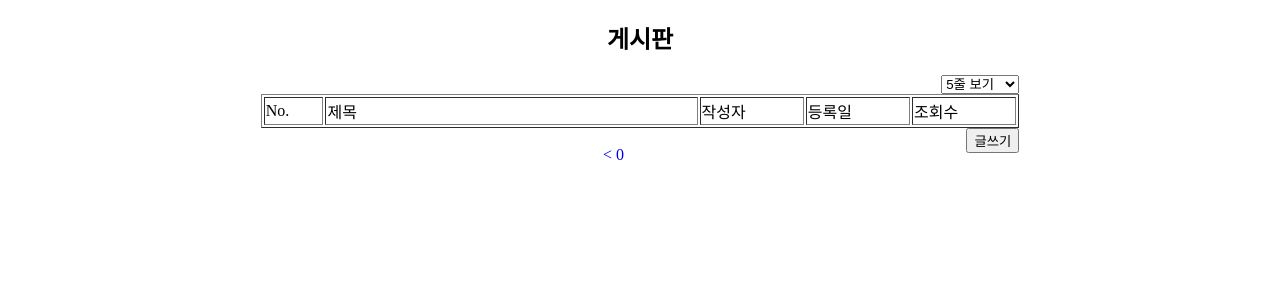
Repository: jjucc99/EZEN_PROJECT
Page: http://localhost/Project_Tea_party_12_21/WEB-INF/views/admin/admin_Item/.jsp
These files come from the project's save history. The page is drawn as it stood at one moment and after the next save; the edit follows.
The browser window is 1280 px wide. The pictures show the whole page.
The page is served by Tomcat 9. Nobody is signed in. The template is opened directly, without the code that normally fills it, so the values that code supplies are empty.

Above is the page before, as saved 2021-12-22 06:30:07.

After the next save:
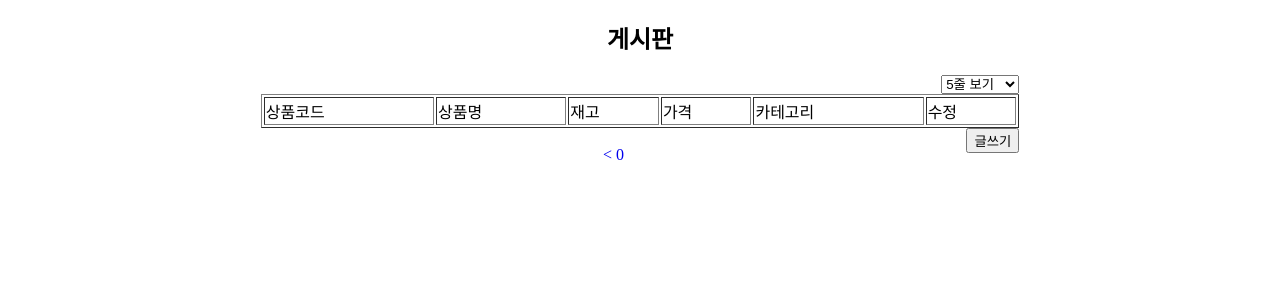
Saved 2 min 50 s later.
--- a/Project_Tea_party_12_21/src/main/webapp/WEB-INF/views/admin/admin_Item/.jsp
+++ b/Project_Tea_party_12_21/src/main/webapp/WEB-INF/views/admin/admin_Item/.jsp
@@ -48,11 +48,12 @@
 	</div> <!-- 옵션선택 끝 -->
 	<table border="1">
 		<tr>
-			<td>No.</td>
-			<td width="50%">제목</td>
-			<td>작성자</td>
-			<td>등록일</td>
-			<td>조회수</td>
+			<td>상품코드</td>
+			<td>상품명</td>
+			<td>재고</td>
+			<td>가격</td>
+			<td>카테고리</td>
+			<td>수정</td>
 		</tr>
 		<c:forEach items="${viewAll}" var="list">
 			<tr>
